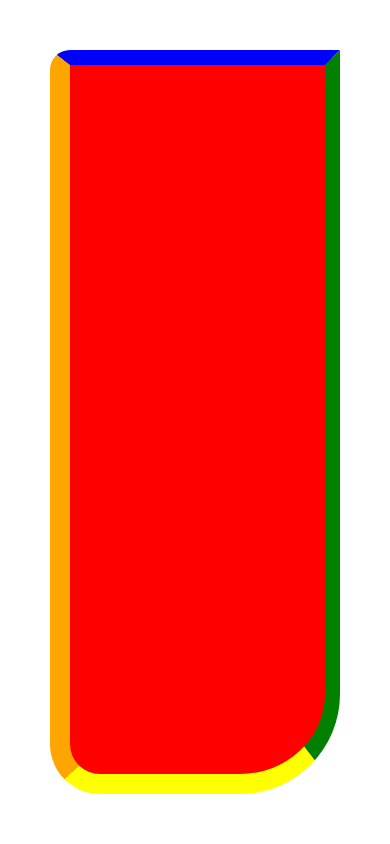
Repository: akinmiday/ReactNativeApp
Screen: /
These files come from the project's save history. The screen is drawn as it stood at one moment and after the next save; the edit follows.
The app was drawn by React Native's web renderer in a window 390 px wide. The project was rebuilt for these pictures with package versions that can differ from the ones it lists, and the page was loaded fresh each time.

Above is the screen before, as saved 2023-08-06 16:10:36.

After the next save:
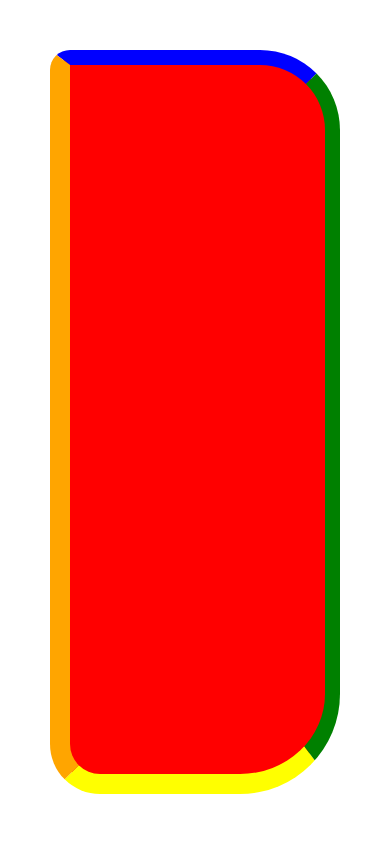
Saved 23 s later.
--- a/styles.js
+++ b/styles.js
@@ -17,6 +17,7 @@ const styles = StyleSheet.create({
     borderBottomLeftRadius: 50,
     borderBottomRightRadius: 100,
     borderTopLeftRadius: 20,
+    borderTopRightRadius: 80,
   },
   input: {
     backgroundColor: "pink",
